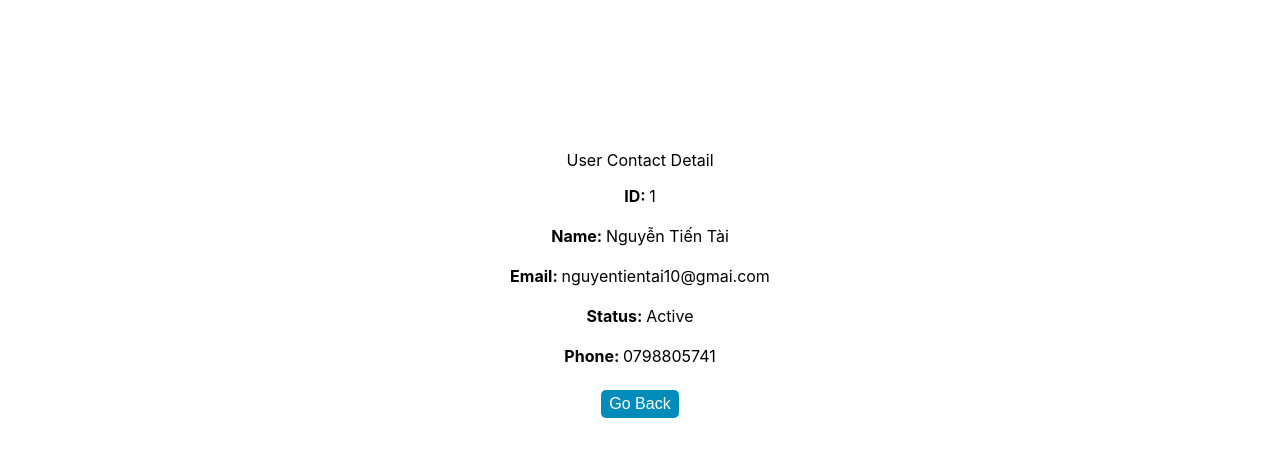
Repository: fdhhhdjd/Redux-Toolkit-CURD-Firebase
Page: /view/1
The author's editor kept a copy of each file at every save. The page is drawn from the files as they stood at one save, then again after the next save.
The browser window is 1280 px wide. The pictures show the whole page.
The project was rebuilt for these pictures with package versions that can differ from the ones it lists, and the page was loaded fresh each time. Also part of the build but not shown: src/Component/Home.js, src/Styles/AddEdit.css, src/Component/AddEdit.js.

Above is the page before, as saved 2021-10-24 21:49:23.

After the next save:
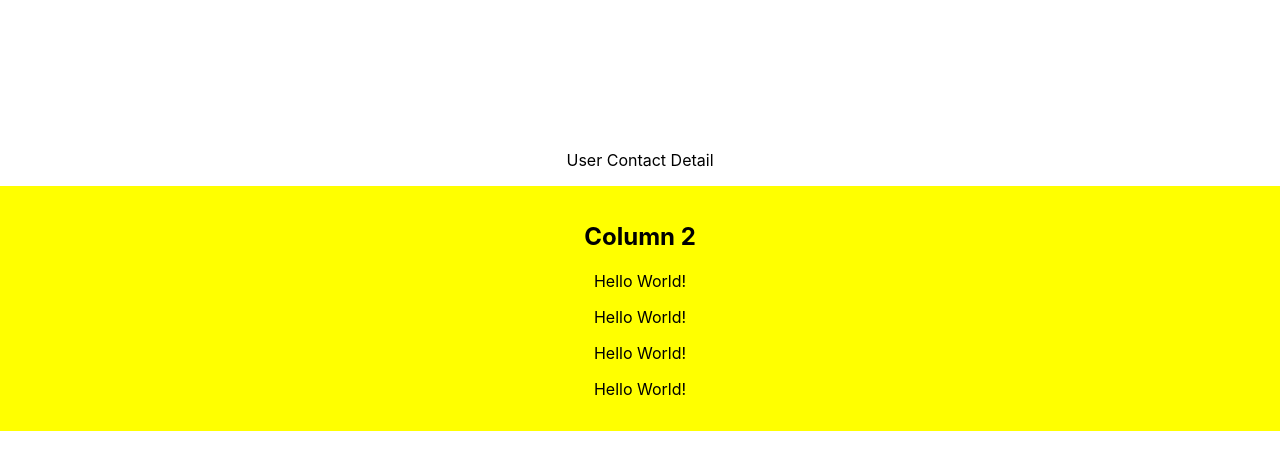
Saved 20 s later.
--- a/src/Component/View.js
+++ b/src/Component/View.js
@@ -22,7 +22,7 @@ const View = () => {
           <div className="card-header">
             <p>User Contact Detail</p>
           </div>
-          <div className="container">
+          {/* <div className="container">
             <strong>ID: </strong>
             <span>{id}</span>
             <br />
@@ -46,6 +46,15 @@ const View = () => {
             <Link to="/">
               <button className="btn btn-edit">Go Back</button>
             </Link>
+          </div> */}
+          <div class="col-wrap">
+            <div class="col">
+              <h2>Column 2</h2>
+              <p>Hello World!</p>
+              <p>Hello World!</p>
+              <p>Hello World!</p>
+              <p>Hello World!</p>
+            </div>
           </div>
         </div>
       </div>
